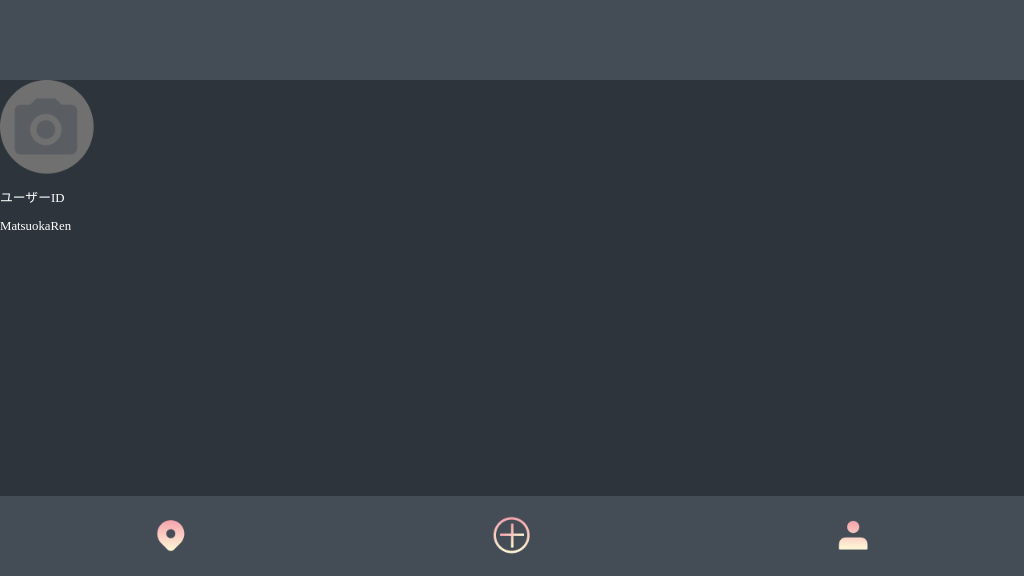
Repository: ren0714poo/respos
Page: edit.html
These files come from the project's save history. The page is drawn as it stood at one moment and after the next save; the edit follows.
The browser window is 1280 px wide. The pictures show the whole page, at 80% of full size.

Above is the page before, as saved 2025-07-17 13:48:05.

After the next save:
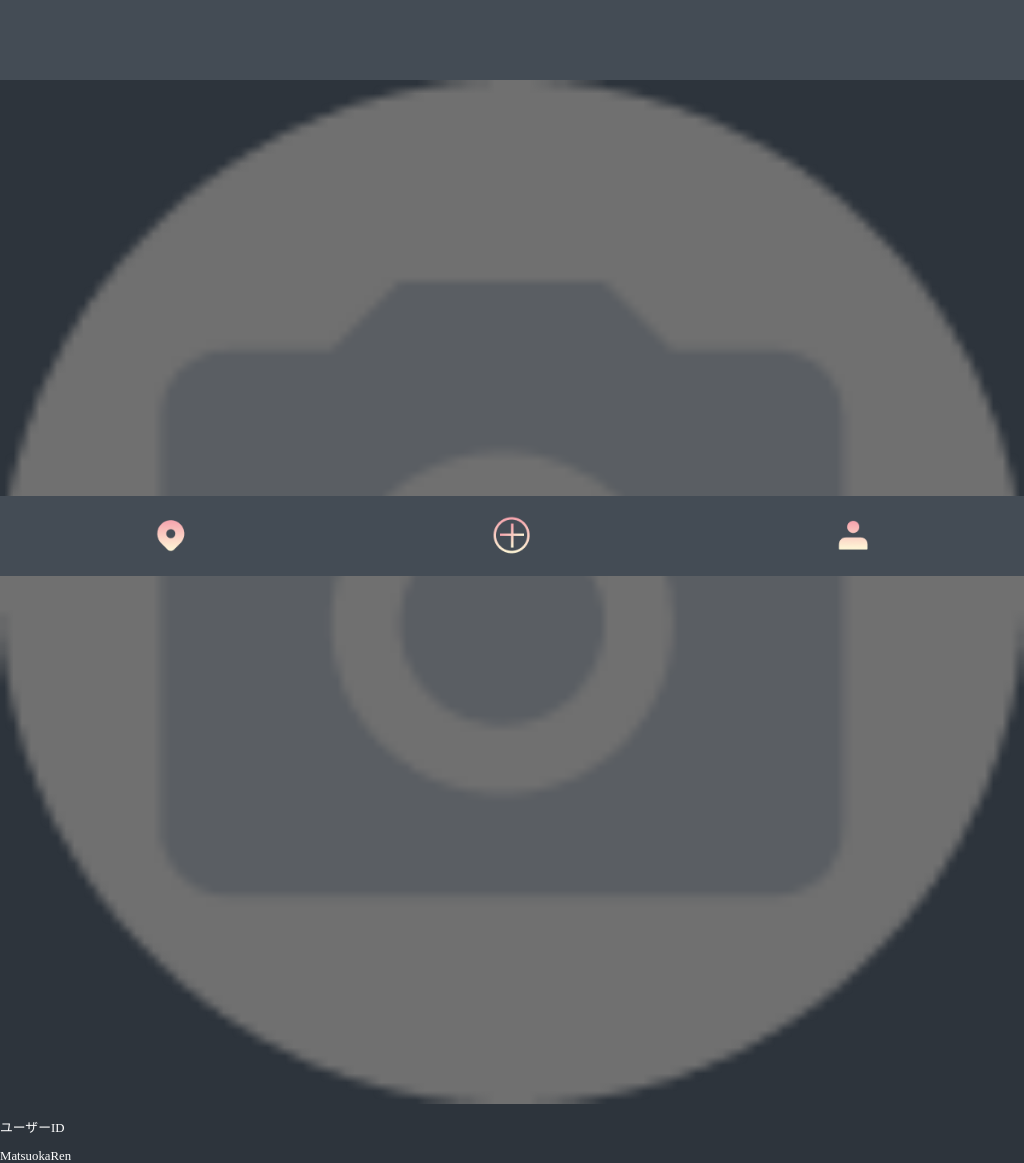
Saved 12 s later.
--- a/css/edit.css
+++ b/css/edit.css
@@ -38,8 +38,9 @@ main{
 }
 
 .edit_img{
+  width: 100%;
   display: flex;
-  justify-content: center;
+
 }
 
 

After the save that followed:
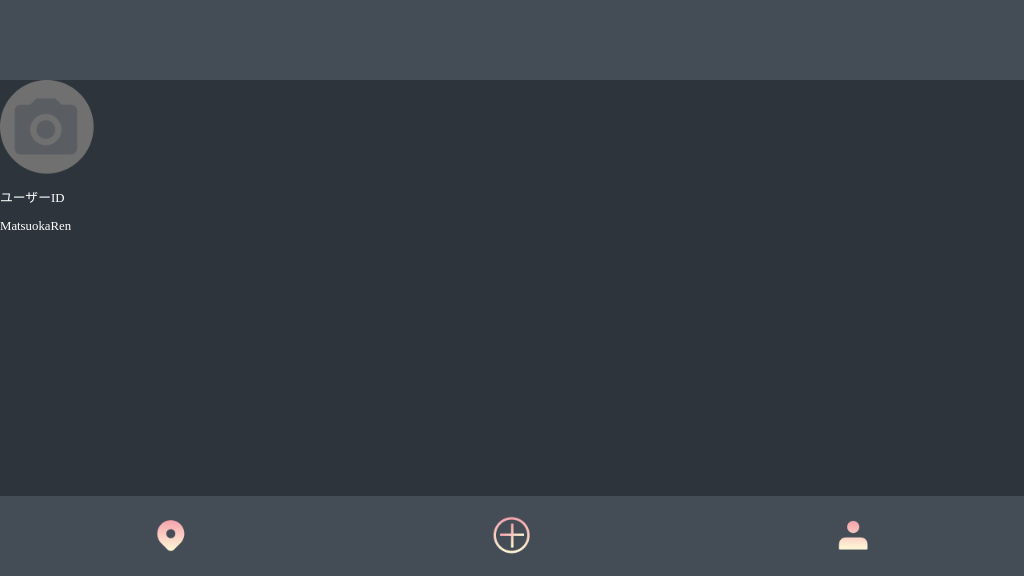
Saved 22 s later.
--- a/edit.html
+++ b/edit.html
@@ -12,7 +12,7 @@
 
   <main>
     <div class="edit">
-      <img class="edit_img" src="img/camera_chenge.png" alt="カエラ変更">
+      <div class="edit_img"><img src="img/camera_chenge.png" alt="カエラ変更"></div>
       <p>ユーザーID</p>
       <p>MatsuokaRen</p>
     </div>
